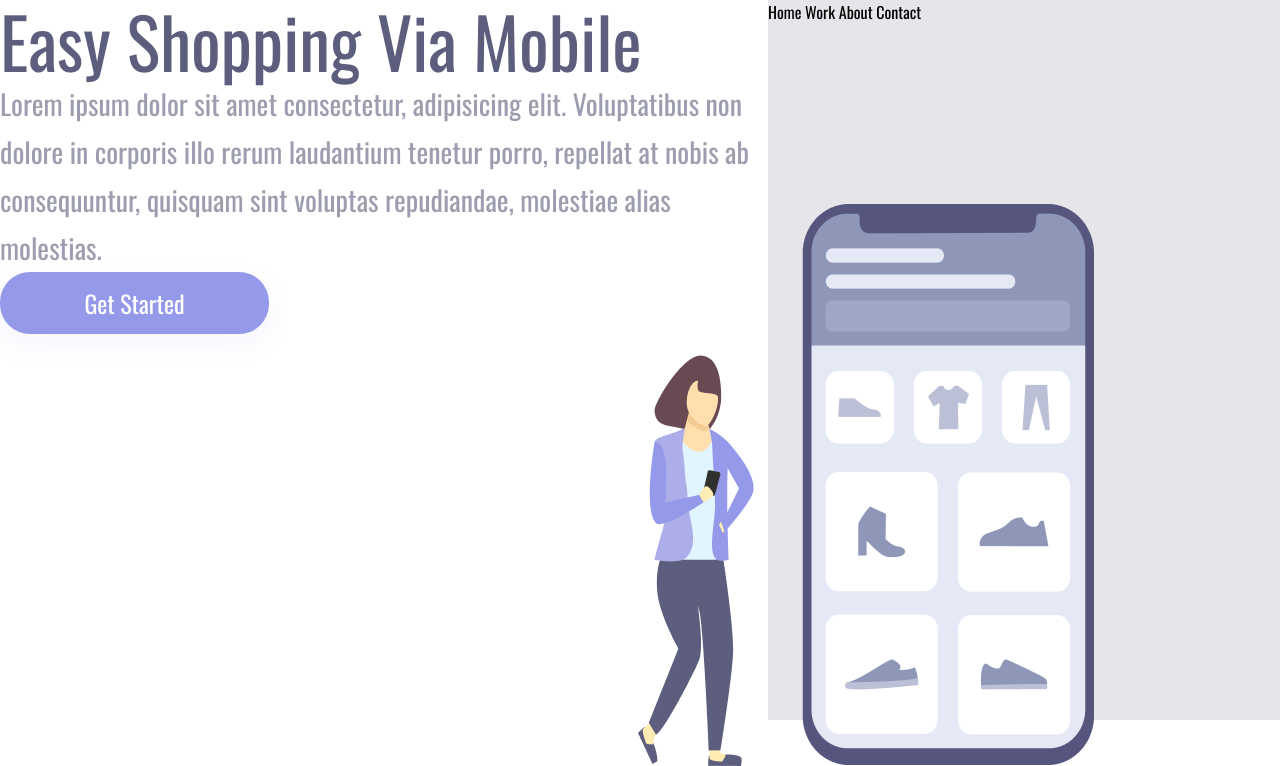
Repository: DihOliver/Projeto-Responsivo
Page: index.html
These files come from the project's save history. The page is drawn as it stood at one moment and after the next save; the edit follows.
The browser window is 1280 px wide. The pictures show the whole page.
Some web fonts or font styles are not loaded; a fallback is used.

Above is the page before, as saved 2023-06-06 22:32:20.

### index.html
<!DOCTYPE html>
<html lang="en">
  <head>
    <meta charset="UTF-8" />
    <meta http-equiv="X-UA-Compatible" content="IE=edge" />
    <meta name="viewport" content="width=device-width, initial-scale=1.0" />
    <link rel="stylesheet" href="./styles.css" />
    <link rel="preconnect" href="https://fonts.googleapis.com" />
    <link rel="preconnect" href="https://fonts.gstatic.com" crossorigin />
    <link
      href="https://fonts.googleapis.com/css2?family=Montserrat:ital,wght@0,500;0,600;0,700;0,900;1,400&family=Oswald&family=Poppins:wght@400;500;700&family=Roboto:wght@400;500;700&family=Tilt+Prism&display=swap"
      rel="stylesheet"
    />
    <title>Css - Responsividade</title>
  </head>
  <body>
    <div class="wrapper">
      <section class="container-left">
        <h1>Easy Shopping Via Mobile</h1>
        <p>
          Lorem ipsum dolor sit amet consectetur, adipisicing elit. Voluptatibus
          non dolore in corporis illo rerum laudantium tenetur porro, repellat
          at nobis ab consequuntur, quisquam sint voluptas repudiandae,
          molestiae alias molestias.
        </p>
        <button>Get Started</button>
      </section>
      <section class="container-rigth">
        <header>
          <a>Home</a>
          <a>Work</a>
          <a>About</a>
          <a>Contact</a>
        </header>
        <img alt="Girl=cellphone.png" src="./img/girl-cellphone.png" />
      </section>
    </div>
  </body>
</html>

### styles.css
*{
    margin: 0;
    padding: 0;
    box-sizing: border-box;
    font-family: 'Oswald', sans-serif;
    font-weight: 400;
}

.wrapper {
    height: 100vh;
    width: 100vw;
}

.container-left {
    display: inline-block;
    width: 60%;

}

.container-rigth {
    display: inline-block;
    background-color: rgba(93,93,125,0.16);
    height: 100vh;
    width: 40% ;
    position: absolute;

}

img {
    position: relative;
    top: 25%;
    right: 130px;
}

h1 {
    font-weight: 400;
    font-size: 70px;
    line-height: 80px;
    color: #5D5D7D;
}

p {
    font-size: 28px;
    line-height: 48px;
    color: #5D5D7D;
    opacity: 0.6;
}

button {
    width: 269px;
    height: 62px;
    background: #9499EA;
    font-size: 24px;
    line-height: 36px;
    text-align: center;
    box-shadow: 0px 10px 24px rgba(148, 153, 234, 0.0979959);
    color: #FFFFFF;
    border: none;
    border-radius: 30px;
    cursor: pointer;
    }

    button:hover {
        opacity: .8;
    }

    button:active {
        opacity: .5;
    }

After the next save:
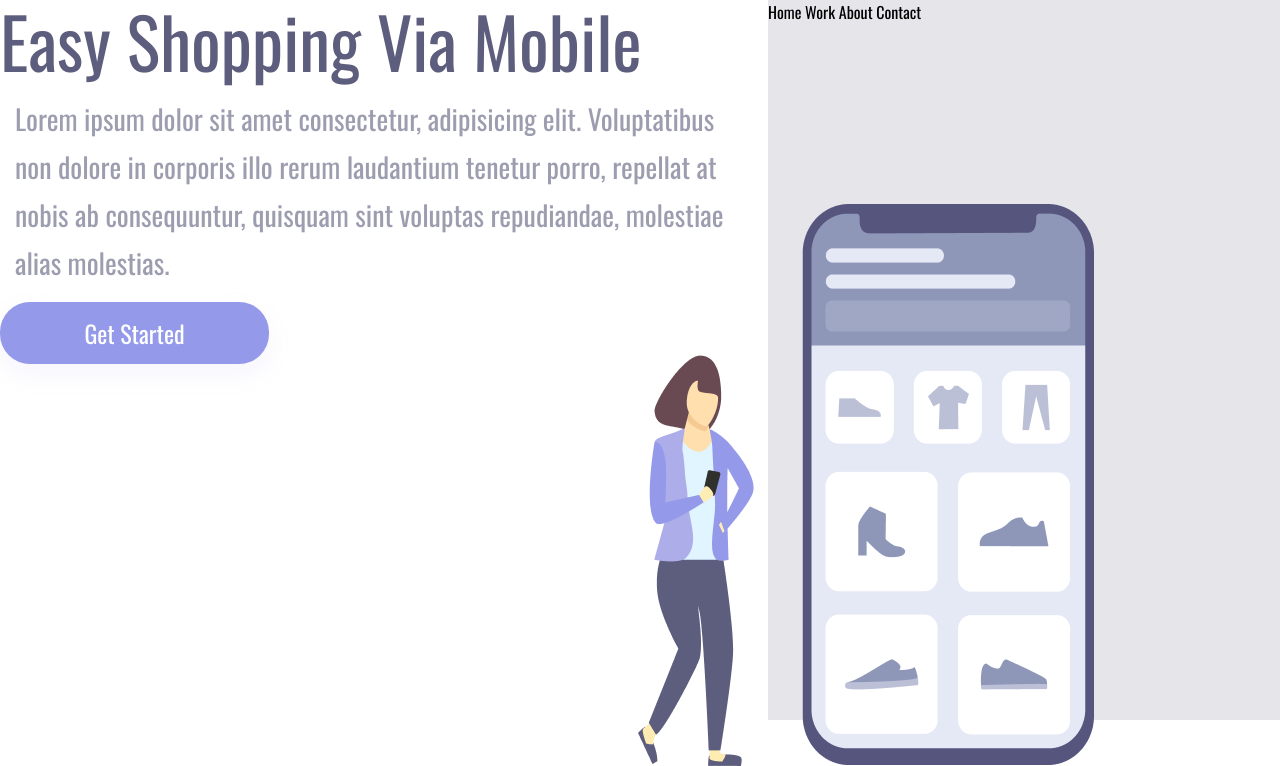
Saved 2 min 21 s later.
--- a/styles.css
+++ b/styles.css
@@ -44,6 +44,7 @@ p {
     line-height: 48px;
     color: #5D5D7D;
     opacity: 0.6;
+    margin: 15px;
 }
 
 button {
